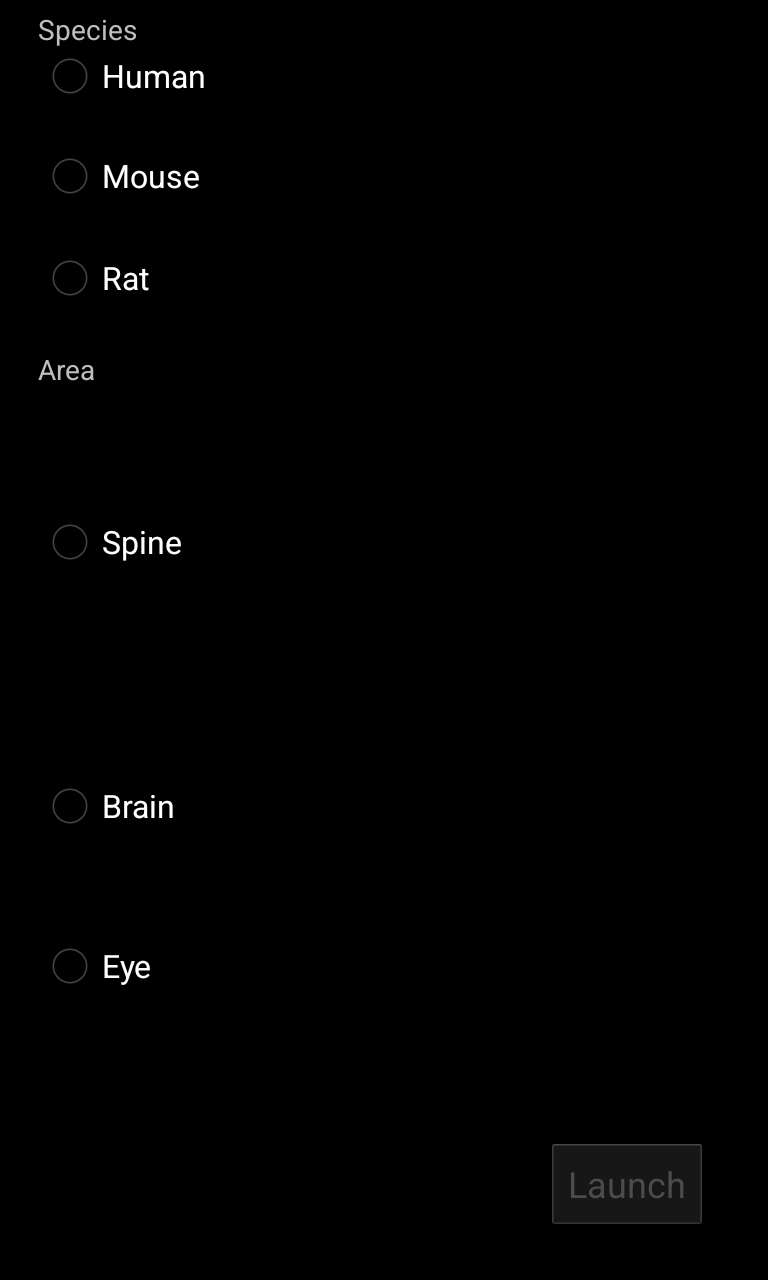
Repository: Ekarg/CSCE315Project3
Layout: Project3/res/layout/activity_main.xml
An editor plug-in stored every save of this project. The layout is shown before and after the next save, followed by the edit.
It is drawn on a 768 x 1280 px phone screen (xhdpi) without system bars, with theme android:Theme.Holo; the app's code is not run.

Above is the layout before, as saved 2013-11-27 20:10:38.

### Project3/res/layout/activity_main.xml
<RelativeLayout xmlns:android="http://schemas.android.com/apk/res/android"
    xmlns:tools="http://schemas.android.com/tools"
    android:layout_width="match_parent"
    android:layout_height="match_parent"
    android:paddingBottom="5dp"
    android:paddingLeft="5dp"
    android:paddingRight="5dp"
    android:paddingTop="5dp"
    tools:context=".MainActivity" >

    <Button
        android:id="@+id/button1"
        android:layout_width="wrap_content"
        android:layout_height="wrap_content"
        android:layout_alignParentBottom="true"
        android:layout_alignParentRight="true"
        android:layout_marginBottom="19dp"
        android:layout_marginRight="24dp"
        android:enabled = "false"
		android:onClick="launch"
        android:text="@string/Button" />

    <TextView
        android:id="@+id/textView1"
        android:layout_width="wrap_content"
        android:layout_height="wrap_content"
        android:layout_marginLeft="14dp"
        android:layout_alignParentTop="true"
        android:text="@string/species" />

   <RadioGroup
        android:id="@+id/radioGroup1"
        android:layout_width="fill_parent"
        android:layout_height="wrap_content"
        android:layout_alignParentTop="true"
        android:layout_centerHorizontal="true"
        android:orientation="vertical" >

        <RadioButton
            android:id="@+id/radioButton1"
            android:layout_width="wrap_content"
            android:layout_height="wrap_content"
            android:layout_marginLeft="14dp"
            android:checked = "false"
            android:layout_marginTop="17dp"
            android:text="@string/human"
            android:onClick="onRadioButtonClicked"/>

        <RadioButton
            android:id="@+id/radioButton2"
            android:layout_width="wrap_content"
            android:layout_height="wrap_content"
            android:layout_marginLeft="14dp"
            android:checked = "false"
            android:layout_marginTop="18dp"
            android:text="@string/mouse"
            android:onClick="onRadioButtonClicked"/>

        <RadioButton
            android:id="@+id/radioButton3"
            android:layout_width="wrap_content"
            android:layout_height="wrap_content"
            android:layout_marginLeft="14dp"
            android:checked = "false"
            android:layout_marginTop="19dp"
            android:text="@string/rat"
            android:onClick="onRadioButtonClicked"/>
    </RadioGroup>

    <TextView
        android:id="@+id/textView2"
        android:layout_width="wrap_content"
        android:layout_height="wrap_content"
        android:layout_alignLeft="@+id/textView1"
        android:layout_below="@+id/radioGroup1"
        android:layout_marginTop="20dp"
        android:text="@string/area"
        android:onClick="onRadioButtonClicked" />

     <RadioGroup
        android:id="@+id/radioGroup2"
        android:layout_width="fill_parent"
        android:layout_height="wrap_content"
        android:layout_alignParentTop="true"
        android:layout_centerHorizontal="true"
        android:orientation="vertical" >

	    <RadioButton
	        android:id="@+id/radioButton4"
	        android:layout_width="wrap_content"
            android:layout_height="wrap_content"
            android:layout_marginLeft="14dp"
            android:checked = "false"
            android:layout_marginTop="250dp"
	        android:onClick="onRadioButtonClicked"
	        android:text="@string/spine" />

	    <RadioButton
	        android:id="@+id/radioButton5"
	        android:layout_width="wrap_content"
	        android:layout_height="wrap_content"
	        android:layout_marginLeft="14dp"
	        android:layout_marginTop="100dp"
	        android:checked="false"
	        android:onClick="onRadioButtonClicked"
	        android:text="@string/brain" />

	     <RadioButton
         android:id="@+id/radioButton6"
         android:layout_width="wrap_content"
         android:layout_height="wrap_content"
         android:checked = "false"
         android:layout_marginLeft="14dp"
         android:layout_marginTop="48dp"
         android:text="@string/eye"
         android:onClick="onRadioButtonClicked" />
	</RadioGroup>



</RelativeLayout>

### Project3/res/values/strings.xml
<?xml version="1.0" encoding="utf-8"?>
<resources>

    <string name="app_name">Show Me the.... Neuron!</string>
    <string name="action_settings">Settings</string>
    <string name="hello_world">Hello world!</string>
    <string name="Button">Launch</string>
    <string name="title_activity_second">Neuron Display</string>
    <string name="species">Species</string>
    <string name="human">Human</string>
    <string name="mouse">Mouse</string>
    <string name="rat">Rat</string>
    <string name="area">Area</string>
    <string name="eye">Eye</string>
    <string name="brain">Brain</string>
    <string name="spine">Spine</string>


</resources>

After the next save:
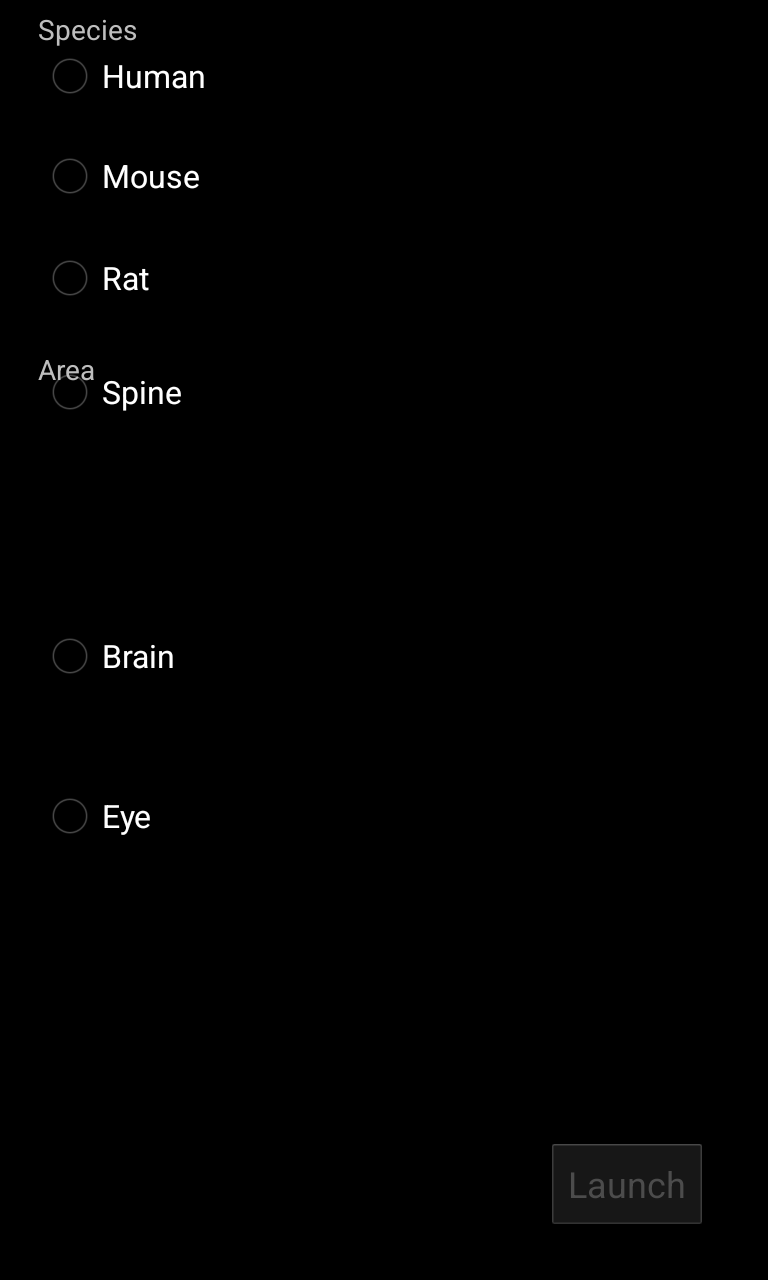
Saved 8 s later.
--- a/Project3/res/layout/activity_main.xml
+++ b/Project3/res/layout/activity_main.xml
@@ -91,7 +91,7 @@
             android:layout_height="wrap_content"
             android:layout_marginLeft="14dp"
             android:checked = "false"
-            android:layout_marginTop="250dp"
+            android:layout_marginTop="175dp"
 	        android:onClick="onRadioButtonClicked"
 	        android:text="@string/spine" />
 
